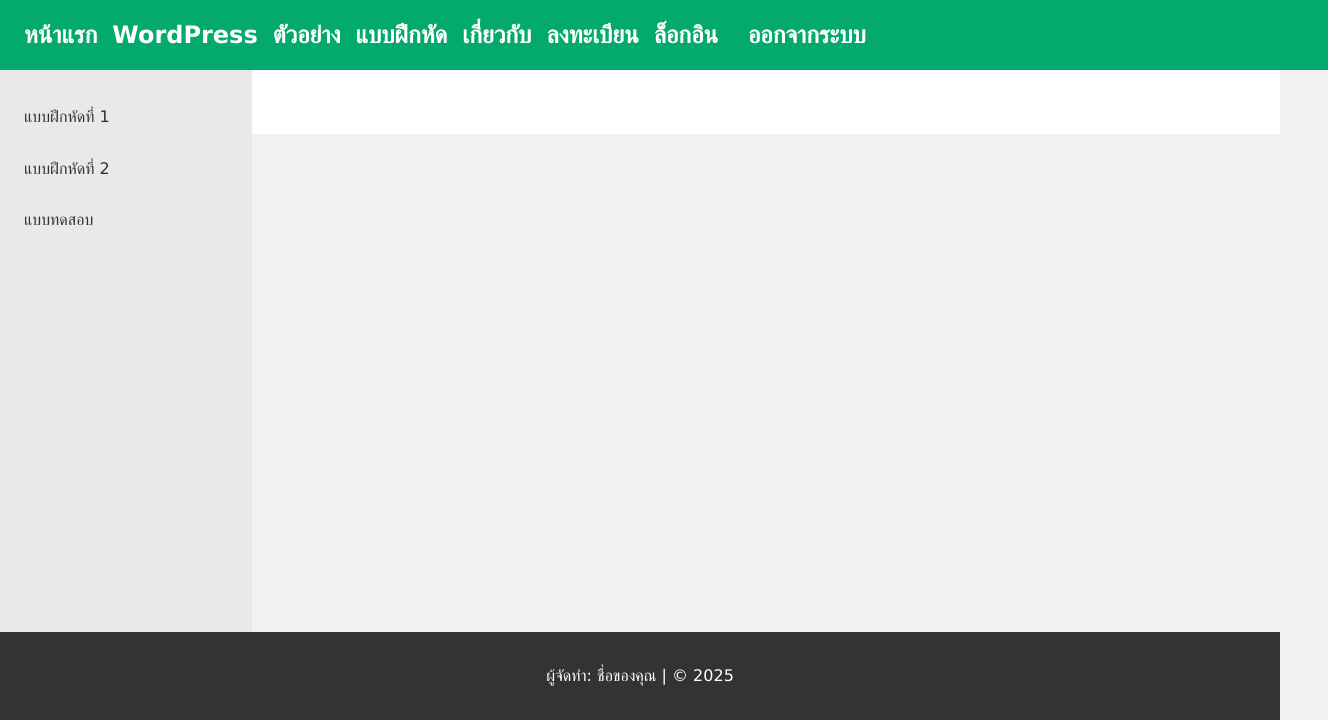
Repository: staggil/thesis
Page: private/exercises/exercise2.html
These files come from the project's save history. The page is drawn as it stood at one moment and after the next save; the edit follows.
The browser window is 1280 px wide. The page is 1328 px wide, so the pictures cover 1328 px, including what lies to the right of the window. The pictures show the whole page.
The page's requests for data from a server got no answer.

Above is the page before, as saved 2025-12-16 09:37:15.

After the next save:
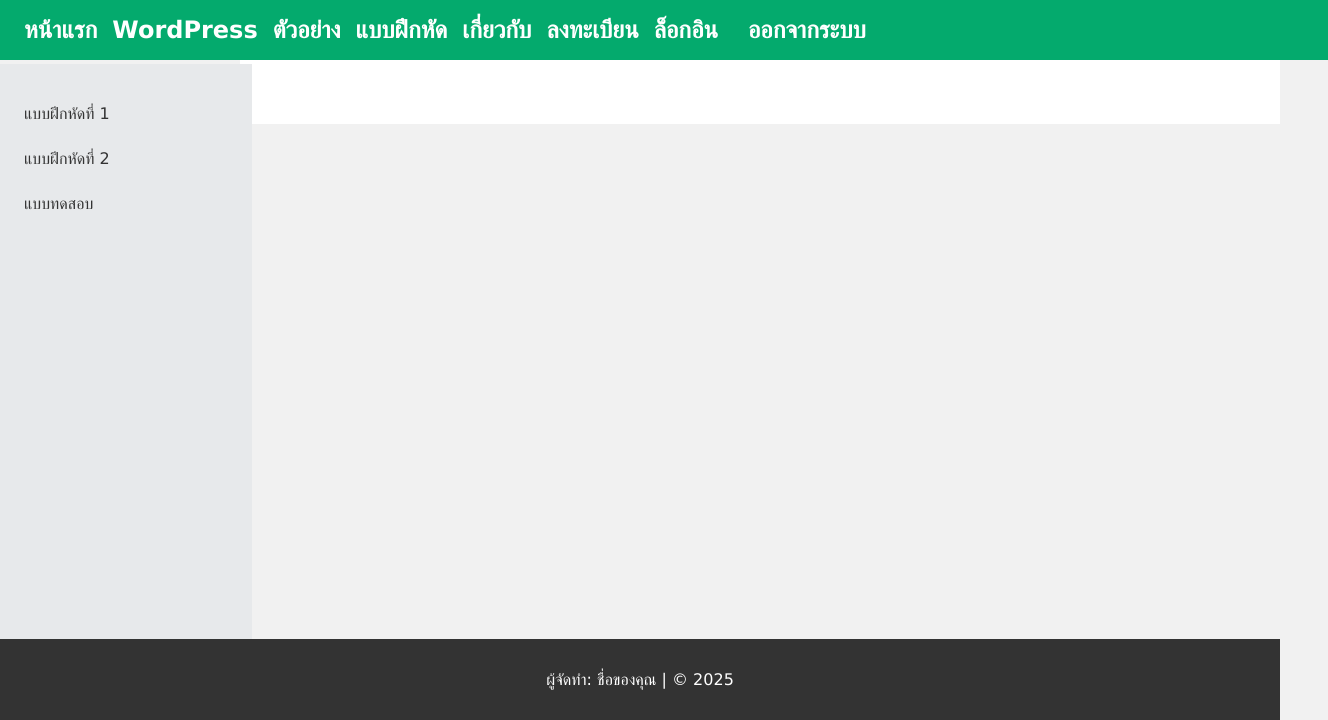
Saved 3 min 41 s later.
--- a/style.css
+++ b/style.css
@@ -1,18 +1,18 @@
 body {
     margin: 0;
     font-family: Verdana, Arial, sans-serif;
-    box-sizing: border-box;
     background-color: #f1f1f1;
-    line-height: 1.6;
-    overflow-x: hidden;
-    height: 100%;
+    min-height: 100vh;
     display: flex;
     flex-direction: column;
 }
-/* ส่วนเนื้อหา */
+
 .page-wrapper {
     flex: 1; /* ดัน footer ลงล่าง */
-}
+    display: flex;
+    flex-direction: column;
+}
+
 
 .app {
     min-height: 100vh;
@@ -95,13 +95,10 @@
    Main Content
    ========================= */
 #main-content {
-    flex: 1;  /* ขยายเต็มที่ตามพื้นที่ layout */
+    flex: 1; /* ยืดให้เต็ม space */
     background-color: #fff;
     padding: 32px;
-
-    margin-left: 240px;
-
-
+    margin-left: 240px; /* เฉพาะ sidebar */
 }
 
 /* กรณีหน้า index.html ไม่มี sidebar */
